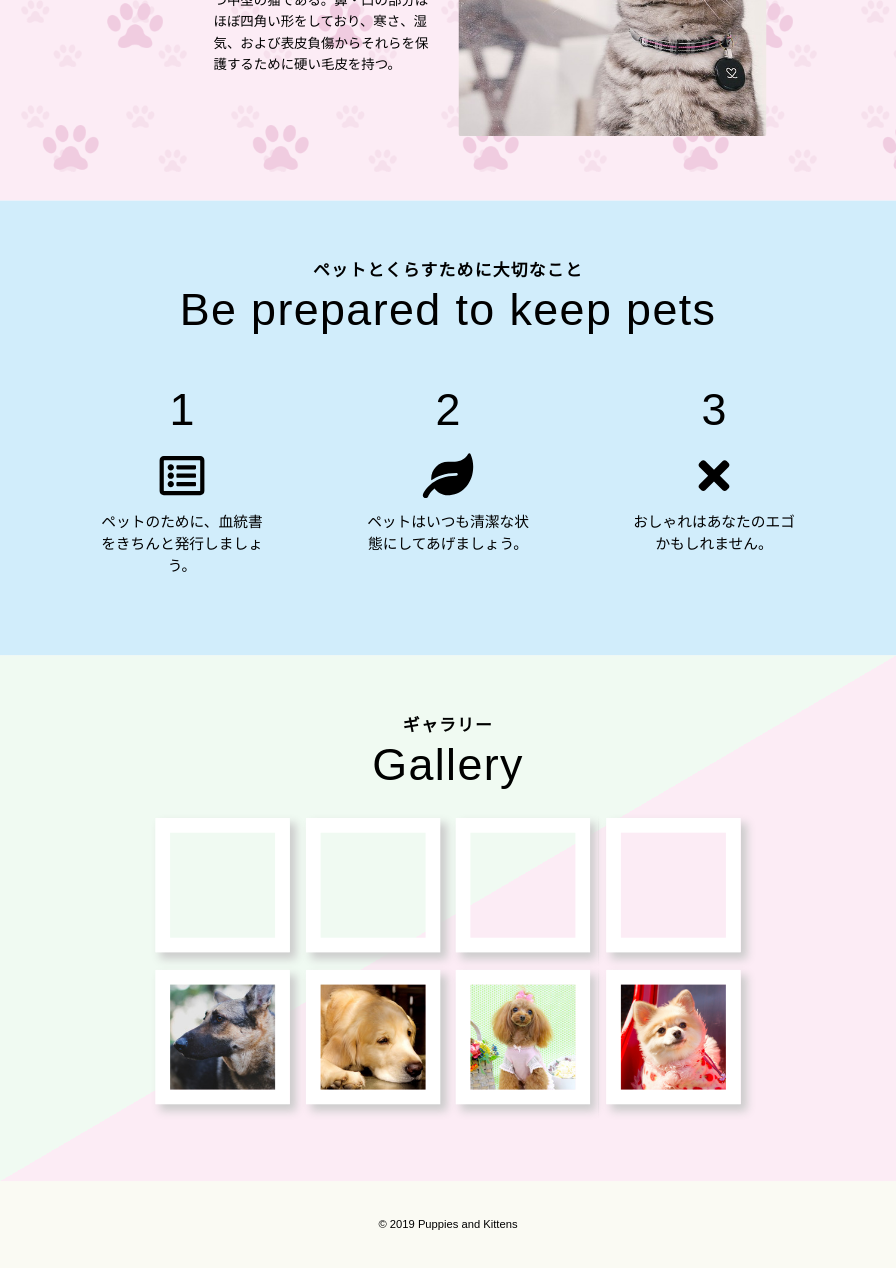
Repository: taekowithrowgit/frontend
Page: environment/api/add-api/rich-site/index.html
The author's editor kept a record of every edit. The page is drawn from the files as they stood at one moment, then again after the next edit.
The browser window is 1280 px wide. The pictures show the part of the page from y = 1962 to 3882 px (the page is 3773 px tall before and 3882 px after), at 70% of full size.
A picture or video elsewhere on the page could not be fetched, so the positions and the page height are approximate. The page's requests for data from a server got no answer. Some web fonts or font styles are not loaded; a fallback is used.

Above is the page before.

### environment/api/add-api/rich-site/index.html
<!DOCTYPE html>
<html lang="ja">

<head>
  <meta charset="utf-8">
  <title>Puppies and Kittens!</title>
  <meta name="viewport" content="width=device-width, initial-scale=1">

  <!-- Webフォント -->
  <link href="https://fonts.googleapis.com/css?family=Droid+Serif" rel="stylesheet">

  <!-- Bootstrap CSS -->
  <link rel="stylesheet" href="https://stackpath.bootstrapcdn.com/bootstrap/4.3.1/css/bootstrap.min.css">

  <!-- その他のライブラリのCSS -->
  <link rel="stylesheet" href="css/vendor/animate.css">
  <link rel="stylesheet" href="css/vendor/magnific-popup.css">

  <link rel="stylesheet" href="css/main.css">

  <noscript>
    <!-- JavaScriptが無効化されている場合の追加スタイルシート -->
    <link rel="stylesheet" href="css/noscript.css">
  </noscript>
</head>

<body data-spy="scroll" data-target="#navbar">
  <div class="top">

    <!-- ナビゲーションバー -->
    <nav class="navbar fixed-top navbar-expand-md navbar-light bg-light">
      <div class="container-fluid">

        <!-- ホームリンク -->
        <a href="#" class="navbar-brand" aria-label="ホーム">
          <i class="fas fa-paw" aria-hidden="true"></i>
        </a>

        <!-- 画面幅が狭い時に表示されるハンバーガーメニュー -->
        <button class="navbar-toggler" type="button" data-toggle="collapse" data-target="#navbar"
          aria-controls="navbar" aria-expanded="false" aria-label="Toggle navigation">
          <span class="navbar-toggler-icon"></span>
        </button>

        <!-- メニュー -->
        <div class="collapse navbar-collapse" id="navbar">
          <ul class="navbar-nav mr-auto">
            <li class="nav-item">
              <a class="nav-link" href="#top">Top</a>
            </li>
            <li class="nav-item">
              <a class="nav-link" href="#puppies">子犬</a>
            </li>
            <li class="nav-item">
              <a class="nav-link" href="#kittens">子猫</a>
            </li>
            <li class="nav-item">
              <a class="nav-link" href="#prepare">大切なこと</a>
            </li>
            <li class="nav-item">
              <a class="nav-link" href="#gallery">ギャラリー</a>
            </li>
          </ul>
        </div>
        <!--/.nav-collapse -->
      </div>
      <!--/.container-fluid -->
    </nav>

    <!-- 背景とビデオ -->
    <div class="top__bg">
      <video autoplay muted loop class="top__video">
        <source src="video/top-video.mp4" type="video/mp4">
      </video>
    </div>

    <div class="top__text-box">
      <h1 class="top__title">Puppies and Kittens!</h1>
      <div class="top__catchphrase">世界の子犬と子猫を大切に育てよう</div>
    </div>
  </div>

  <!-- 子犬の種類 -->
  <section id="puppies" class="puppies">
    <div class="puppies__phrase animated">子犬の種類</div>
    <h2 class="puppies__title animated">Puppies</h2>
    <div class="showcase showcase--leftpic container-fluid tabs animated">
      <div class="row">

        <!-- 拡大写真 -->
        <div class="tabs__content col-md-6 text-center">
          <div class="puppies-1">
            <img class="img-fluid rounded" src="img/puppy1.jpg" width="500" height="500" alt="シェパード">
          </div>
          <div class="puppies-2">
            <img class="img-fluid rounded" src="img/puppy2.jpg" width="500" height="500" alt="レトリバー">
          </div>
          <div class="puppies-3">
            <img class="img-fluid rounded" src="img/puppy3.jpg" width="500" height="500" alt="プードル">
          </div>
          <div class="puppies-4">
            <img class="img-fluid rounded" src="img/puppy4.jpg" width="500" height="500" alt="ポメラニアン">
          </div>
        </div>
        <!--/.tabs__content -->

        <!-- サムネイルと説明文 -->
        <div class="col-md-6 mt-2 mt-md-0">

          <!-- サムネイル -->
          <ul class="showcase__thumbnails tabs__menu">
            <li>
              <a href="#puppies-1">
                <img class="rounded" src="img/thumbnail/puppy1.jpg" width="60" height="60" alt="シェパード">
              </a>
            </li>
            <li>
              <a href="#puppies-2">
                <img class="rounded" src="img/thumbnail/puppy2.jpg" width="60" height="60" alt="レトリバー">
              </a>
            </li>
            <li>
              <a href="#puppies-3">
                <img class="rounded" src="img/thumbnail/puppy3.jpg" width="60" height="60" alt="プードル">
              </a>
            </li>
            <li>
              <a href="#puppies-4">
                <img class="rounded" src="img/thumbnail/puppy4.jpg" width="60" height="60" alt="ポメラニアン">
              </a>
            </li>
          </ul>
          <!--/.showcase__thumbnails -->

          <!-- 説明文 -->
          <div class="tabs__content">
            <section id="puppies-1">
              <div class="showcase__details">
                <h3 class="showcase__kind-name">シェパード</h3>
                <p class="showcase__kind-description">
                  ジャーマン・シェパード・ドッグは、ドイツ原産の犬種。「ドイツの牧羊犬」という意味である。この犬種は知的で忠誠心と服従心に富み、訓練を好む性格から種々な作業犬として訓練され、災害救助犬・軍用犬・警察犬・麻薬探知犬など特殊訓練を必要とする作業犬として活用されている。
                </p>
              </div>
            </section>
            <section id="puppies-2">
              <div class="showcase__details">
                <h3 class="showcase__kind-name">レトリバー</h3>
                <p class="showcase__kind-description">
                  ゴールデン・レトリバーは、イギリス原産の大型犬である。賢さ及び忠誠心を兼ね備え、穏和な性格の犬種であるためペットとして広く愛好されている。
                </p>
              </div>
            </section>
            <section id="puppies-3">
              <div class="showcase__details">
                <h3 class="showcase__kind-name">プードル</h3>
                <p class="showcase__kind-description">
                  プードルは、水中回収犬、鳥獣猟犬や愛玩犬(ペット)として飼育される犬種である。古くからヨーロッパで広くみられ、特にフランスでの人気が高く、「フレンチ・プードル」と呼称されることもある。
                </p>
              </div>
            </section>
            <section id="puppies-4">
              <div class="showcase__details">
                <h3 class="showcase__kind-name">ポメラニアン</h3>
                <p class="showcase__kind-description">
                  ポメラニアンは、犬の品種（犬種）の一つ。祖先犬は、スピッツ系に属する他の犬種と同じく、サモエド（ロシアのシベリアを原産としたトナカイの番やカモシカ狩り、そり引きをする犬）であると言われる。ポメラニアンという名前は、原産地のバルト海南岸の、3つの川に囲まれた低地であるポメラニア地方にちなんでいる。
                </p>
              </div>
            </section>
          </div>
          <!--/.tabs__content -->
        </div>
        <!--/.col-md-6 -->

      </div>
      <!--/.row -->
    </div>
    <!--/.showcase -->
  </section>
  <!--/.puppies -->

  <!-- 子猫の種類 -->
  <section id="kittens" class="kittens">
    <div class="kittens__phrase animated">子猫の種類</div>
    <h2 class="kittens__title animated">Kittens</h2>
    <div class="showcase showcase--rightpic container-fluid tabs animated">
      <div class="row">

        <!-- 拡大写真 -->
        <div class="tabs__content col-md-6 order-md-last text-center">
          <div class="kittens-1">
            <img class="img-fluid rounded" src="img/kitten1.jpg" width="500" height="500" alt="アメリカンショートヘア">
          </div>
          <div class="kittens-2">
            <img class="img-fluid rounded" src="img/kitten2.jpg" width="500" height="500" alt="スコティッシュフォールド">
          </div>
          <div class="kittens-3">
            <img class="img-fluid rounded" src="img/kitten3.jpg" width="500" height="500" alt="ベンガル">
          </div>
          <div class="kittens-4">
            <img class="img-fluid rounded" src="img/kitten4.jpg" width="500" height="500" alt="ロシアンブルー">
          </div>
        </div>
        <!--/.tabs__content -->

        <!-- サムネイルと説明文 -->
        <div class="col-md-6 mt-2 mt-md-0">

          <!-- サムネイル -->
          <ul class="showcase__thumbnails tabs__menu">
            <li>
              <a href="#kittens-1">
                <img class="rounded" src="img/thumbnail/kitten1.jpg" width="60" height="60" alt="アメリカンショートヘア">
              </a>
            </li>
            <li>
              <a href="#kittens-2">
                <img class="rounded" src="img/thumbnail/kitten2.jpg" width="60" height="60" alt="スコティッシュフォールド">
              </a>
            </li>
            <li>
              <a href="#kittens-3">
                <img class="rounded" src="img/thumbnail/kitten3.jpg" width="60" height="60" alt="ベンガル">
              </a>
            </li>
            <li>
              <a href="#kittens-4">
                <img class="rounded" src="img/thumbnail/kitten4.jpg" width="60" height="60" alt="ロシアンブルー">
              </a>
            </li>
          </ul>
          <!--/.showcase__thumbnails -->

          <!-- 説明文 -->
          <div class="tabs__content">
            <section id="kittens-1">
              <div class="showcase__details">
                <h3 class="showcase__kind-name">アメリカンショートヘア</h3>
                <p class="showcase__kind-description">
                  アメリカン・ショートヘアは、猫の品種。17世紀にメイフラワー号でアメリカに上陸したネコの子孫とされる。運動能力の高い、大きな脚を持つ中型の猫である。鼻・口の部分はほぼ四角い形をしており、寒さ、湿気、および表皮負傷からそれらを保護するために硬い毛皮を持つ。
                </p>
              </div>
            </section>
            <section id="kittens-2">
              <div class="showcase__details">
                <h3 class="showcase__kind-name">スコティッシュフォールド</h3>
                <p class="showcase__kind-description">
                  スコティッシュフォールドは、イギリスにその起源を有する猫の一品種。スコットランドで発見された突然変異の猫の個体から発生したこの品種は、折れ曲がったその独特の耳を何よりも際立った特徴としている。
                </p>
              </div>
            </section>
            <section id="kittens-3">
              <div class="showcase__details">
                <h3 class="showcase__kind-name">ベンガル</h3>
                <p class="showcase__kind-description">
                  ベンガルは、ネコの品種のひとつである。野生のヤマネコと短毛種のイエネコを交配して作られた。原産国はアメリカ。短毛種。頭は比較的小さく耳は比較的大きく、丸みのあるくさび型をしている。鼻は幅広。目は少しつり目気味で、丸い形をしている。
                </p>
              </div>
            </section>
            <section id="kittens-4">
              <div class="showcase__details">
                <h3 class="showcase__kind-name">ロシアンブルー</h3>
                <p class="showcase__kind-description">
                  ロシアンブルーは短毛種であり、毛の色はブルー（猫の場合、グレーの被毛を指す）によるソリッド・カラー。また尻尾にゴースト・タビーが見られることもある。アイカラーはグリーン、目の形はラウンド型、体形はフォーリン・タイプである。
                </p>
              </div>
            </section>
          </div>
          <!--/.tabs__content -->
        </div>
        <!--/.mt-md-0 -->

      </div>
      <!--/.row -->
    </div>
    <!--/.showcase -->
  </section>
  <!--/.kittens -->

  <!-- ペットとくらすために大切なこと -->
  <section id="prepare" class="prepare">
    <div class="prepare__phrase animated">ペットとくらすために大切なこと</div>
    <h2 class="prepare__title animated">Be prepared to keep pets</h2>
    <div class="container">
      <div class="row">

        <!-- その1 -->
        <div class="card col-lg-4 bg-transparent border-0 animated">
          <div class="card-body">
            <div class="card__number">1</div>
            <div class="card__icon">
              <i class="far fa-list-alt" aria-hidden="true"></i>
            </div>
            <div class="card__description">
              ペットのために、血統書をきちんと発行しましょう。
            </div>
          </div>
        </div>
        <!--/.card -->

        <!-- その2 -->
        <div class="card col-lg-4 bg-transparent border-0 animated">
          <div class="card-body">
            <div class="card__number">2</div>
            <div class="card__icon">
              <i class="fas fa-leaf" aria-hidden="true"></i>
            </div>
            <div class="card__description">
              ペットはいつも清潔な状態にしてあげましょう。
            </div>
          </div>
        </div>
        <!--/.card -->

        <!-- その3 -->
        <div class="card col-lg-4 bg-transparent border-0 animated">
          <div class="card-body">
            <div class="card__number">3</div>
            <div class="card__icon">
              <i class="fas fa-times" aria-hidden="true"></i>
            </div>
            <div class="card__description">
              おしゃれはあなたのエゴかもしれません。
            </div>
          </div>
        </div>
        <!--/.card -->
      </div>
      <!--/.row -->
    </div>
    <!--/.container -->
  </section>
  <!--/.prepare -->

  <!-- ギャラリー -->
  <section id="gallery" class="gallery">
    <div class="gallery__phrase animated">ギャラリー</div>
    <h2 class="gallery__title animated">Gallery</h2>
    <div class="image-gallery animated">
      <div class="image-gallery__item">
        <!--<a class="d-inline-block" href="img/kitten1.jpg">-->
        <!--  <img class="img-fluid" src="img/gallery-thumbnail/kitten1.jpg" width="150" height="150" alt="アメリカンショートヘア">-->
        <!--</a>-->
      </div>
      <div class="image-gallery__item">
        <!--<a class="d-inline-block" href="img/kitten2.jpg">-->
        <!--  <img class="img-fluid" src="img/gallery-thumbnail/kitten2.jpg" width="150" height="150" alt="スコティッシュフォールド">-->
        <!--</a>-->
      </div>
      <div class="image-gallery__item">
        <!--<a class="d-inline-block" href="img/kitten3.jpg">-->
        <!--  <img class="img-fluid" src="img/gallery-thumbnail/kitten3.jpg" width="150" height="150" alt="ベンガル">-->
        <!--</a>-->
      </div>
      <div class="image-gallery__item">
        <!--<a class="d-inline-block" href="img/kitten4.jpg">-->
        <!--  <img class="img-fluid" src="img/gallery-thumbnail/kitten4.jpg" width="150" height="150" alt="ロシアンブルー">-->
        <!--</a>-->
      </div>
      <div class="image-gallery__item">
        <a class="d-inline-block" href="img/puppy1.jpg">
          <img class="img-fluid" src="img/gallery-thumbnail/puppy1.jpg" width="150" height="150" alt="シェパード">
        </a>
      </div>
      <div class="image-gallery__item">
        <a class="d-inline-block" href="img/puppy2.jpg">
          <img class="img-fluid" src="img/gallery-thumbnail/puppy2.jpg" width="150" height="150" alt="レトリバー">
        </a>
      </div>
      <div class="image-gallery__item">
        <a class="d-inline-block" href="img/puppy3.jpg">
          <img class="img-fluid" src="img/gallery-thumbnail/puppy3.jpg" width="150" height="150" alt="プードル">
        </a>
      </div>
      <div class="image-gallery__item">
        <a class="d-inline-block" href="img/puppy4.jpg">
          <img class="img-fluid" src="img/gallery-thumbnail/puppy4.jpg" width="150" height="150" alt="ポメラニアン">
        </a>
      </div>
    </div>
    <!--/.image-gallery -->
  </section>
  <!--/.gallery -->

  <!-- フッター -->
  <footer>
    &copy; 2019 Puppies and Kittens
  </footer>

  <!-- まずjQuery -->
  <script src="https://code.jquery.com/jquery-3.4.1.min.js"></script>

  <!-- Popper.js, 次に Bootstrap JS -->
  <script src="https://cdnjs.cloudflare.com/ajax/libs/popper.js/1.14.7/umd/popper.min.js"></script>
  <script src="https://stackpath.bootstrapcdn.com/bootstrap/4.3.1/js/bootstrap.min.js"></script>

  <!-- その他のライブラリのJavaScript -->
  <script src="js/vendor/jquery.waypoints.min.js"></script>
  <script src="js/vendor/jquery.magnific-popup.min.js"></script>
  <script src="js/vendor/mobile-detect.min.js"></script>

  <script src="js/main.js"></script>

  <!-- Font Awesome -->
  <script defer src="https://use.fontawesome.com/releases/v5.7.2/js/all.js"></script>
</body>

</html>

### environment/api/add-api/rich-site/css/main.css
@charset "UTF-8";

body {
  color: #000;
  background-color: #fff;
  font-family: "Droid Serif", YuGothic, "游ゴシック", sans-serif;
}

.gallery-popup__caption {
  width: 500px;
  margin-left: auto;
  margin-right: auto;
  padding: 0 5px;
  background-color: #fff;
}

.animated {
  /* アニメーションで表示させるため最初は非表示 */
  opacity: 0;
}

.showcase {
  /* 左右中央に置く */
  margin: 0 auto;

  width: 88%;
  max-width: 940px;
}

.showcase__details {
  /* 左右中央に置く */
  margin: 0 auto;

  width: 100%;
  max-width: 460px;
}

.showcase__kind-name {
  font-size: 1.5rem;
  font-weight: 700;
}

.showcase__kind-description {
  font-size: 1.2rem;
  line-height: 1.6;
}

.card {
  text-align: center;
  margin-bottom: 3em;
}

.card__number,
.card__icon {
  font-size: 2.5rem;
}

.card__description {
  /* 左右中央に置く */
  margin: 0 auto;

  font-size: 1.3125rem;
  width: 80%;
}

.image-gallery {
  /* 左右中央に置く */
  margin: 0 auto;
  text-align: center;

  width: 90%;
  max-width: 1024px;
}

.image-gallery__item {
  /* 横に並ぶようにする */
  display: inline-block;

  /* width, heightがborderを含んだサイズになるようにする */
  box-sizing: border-box;

  width: 120px;
  height: 120px;

  /* 白い枠をつける */
  border: 8px solid #fff;

  /* 影をつける */
  box-shadow: 4px 4px 6px 1px #ccc;

  margin-left: 9px;
  margin-right: 9px;
  margin-bottom: 18px;

  /* 0.1秒かけて値を変化させるエフェクト */
  -webkit-transition: -webkit-transform 0.1s;
  transition: -webkit-transform 0.1s;
  transition: transform 0.1s;
  transition: transform 0.1s, -webkit-transform 0.1s;
}

.image-gallery__item:hover {
  /* 1.1倍に拡大 */
  -webkit-transform: scale(1.1);
  transform: scale(1.1);
}

.top {
  /* 子要素でposition:absoluteを使うため必要 */
  position: relative;
}

.top,
.top__bg {
  /* 画面いっぱいに広げる */
  width: 100%;
  height: 100vh;
  overflow: hidden;
}

.top__title {
  margin-bottom: 10px;
  font-size: 4rem;
  line-height: 77px;
  letter-spacing: 4px;
}

.top__catchphrase {
  font-size: 0.9rem;
}

.top__bg {
  /* .topと同じ左上位置に置く */
  position: absolute;
  left: 0;
  top: 0;

  /* 背景画像を画面いっぱいに置く */
  background-color: #fff;
  background-image: none;
  background-size: cover;
  background-position: center;
}

.top__video {
  /* モバイル（デフォルト）では非表示 */
  display: none;

  /* 動画を画面いっぱいに表示 */
  position: absolute;
  top: 50%;
  left: 50%;
  min-height: 100%;
  min-width: 100%;
  -webkit-transform: translate(-50%, -50%);
  transform: translate(-50%, -50%);
}

.top__text-box {
  /* 上下中央に置く */
  position: relative;
  top: 50%;
  left: 0;
  -webkit-transform: translateY(-50%);
  transform: translateY(-50%);
  text-align: center;
  width: 100%;

  font-weight: 100;
}

.puppies {
  padding-top: 82px;
  padding-bottom: 92px;

  /* 上から重ねる順に指定 */
  background: url(../img/puppies-bg-large.png), url(../img/puppies-bg-small.png),
    #f0faf2;
}

.puppies__phrase,
.kittens__phrase,
.prepare__phrase,
.gallery__phrase {
  text-align: center;
  font-size: 1rem;
  font-weight: 700;
  letter-spacing: 1.79px;
}

.puppies__title,
.kittens__title,
.prepare__title,
.gallery__title {
  margin-bottom: 37px;
  text-align: center;
  font-size: 2.4rem;
  letter-spacing: 2px;
}

.kittens {
  padding-top: 82px;
  padding-bottom: 92px;

  /* 上から重ねる順に背景を指定 */
  background: url(../img/kittens-bg-large.png), url(../img/kittens-bg-small.png),
    #fcecf5;
}

.prepare {
  padding-top: 82px;
  padding-bottom: 44px;
  background-color: #d1edfb;
}

.gallery {
  padding-top: 82px;
  padding-bottom: 92px;
  background-color: #faf7f0;
  background-image: -webkit-linear-gradient(
    top left,
    #f0faf2,
    #f0faf2 50%,
    #fcecf5 50%,
    #fcecf5
  );
  background-image: linear-gradient(
    to bottom right,
    #f0faf2,
    #f0faf2 50%,
    #fcecf5 50%,
    #fcecf5
  );
}

footer {
  padding: 50px 0;
  background-color: #fafaf3;
  text-align: center;
}

/*
 * -------------------------------
 * 子犬、子猫の種類で使うタブ - ここから
 * -------------------------------
 */
/* ulのデフォルトスタイルを消去 */
.tabs__menu {
  margin: 0;
  padding: 0;
  list-style-type: none;
  text-align: center;
}

/* タブの基本スタイル */
.tabs__menu li {
  display: inline-block;
  margin-bottom: 12px;
  opacity: 0.5;

  /* 各プロパティをふわっと変える演出 */
  -webkit-transition: all 0.15s;
  transition: all 0.15s;
}
.tabs__menu a {
  display: block;
  color: #557f95;
  text-decoration: none;
}

/* 非選択のタブにマウスを乗せたら色を変える */
.tabs__menu li:not(.active):hover {
  opacity: 0.7;
}

/* 選択中のタブ */
.tabs__menu .active {
  opacity: 1;
}
.tabs__menu .active a {
  color: #3f4548;
}

/* 各タブのコンテンツはデフォルトで非表示 */
.tabs__content section {
  display: none;
}

.tabs__content section.active {
  display: block;
}
/*
 * -------------------------------
 * 子犬、子猫の種類で使うタブ - ここまで
 * -------------------------------
 */

/*
 * -------------------------------
 * Magnific Popupのフェードイン・フェードアウト - ここから
 * -------------------------------
 */
/* オーバーレイする背景 初期状態 */
.mfp-fade.mfp-bg {
  opacity: 0;

  -webkit-transition: all 0.3s ease-out;
  -moz-transition: all 0.3s ease-out;
  transition: all 0.3s ease-out;
}
/* オーバーレイする背景 開始時アニメーション */
.mfp-fade.mfp-bg.mfp-ready {
  opacity: 0.8;
}
/* オーバーレイする背景 終了時アニメーション */
.mfp-fade.mfp-bg.mfp-removing {
  opacity: 0;
}

/* コンテンツ 初期状態 */
.mfp-fade.mfp-wrap .mfp-content {
  opacity: 0;

  -webkit-transition: all 0.3s ease-out;
  -moz-transition: all 0.3s ease-out;
  transition: all 0.3s ease-out;
}
/* コンテンツ 開始時アニメーション */
.mfp-fade.mfp-wrap.mfp-ready .mfp-content {
  opacity: 1;
}
/* コンテンツ 終了時アニメーション */
.mfp-fade.mfp-wrap.mfp-removing .mfp-content {
  opacity: 0;
}
/*
 * -------------------------------
 * Magnific Popupのフェードイン・フェードアウト - ここまで
 * -------------------------------
 */

/* Bootstrapのmd以上の表示幅で適用されるスタイル */
@media (min-width: 768px) {
  .top__catchphrase {
    font-size: 1.125rem;
  }

  .puppies__title,
  .kittens__title,
  .prepare__title,
  .gallery__title {
    font-size: 4rem;
  }

  .puppies__phrase,
  .kittens__phrase,
  .prepare__phrase,
  .gallery__phrase {
    font-size: 1.5rem;
  }

  .image-gallery__item {
    width: 192px;
    height: 192px;
    border: 21px solid #fff;
    box-shadow: 8px 8px 12px 1px #ccc;
  }

  .card__number,
  .card__icon {
    font-size: 4rem;
  }

  .showcase--leftpic .showcase__thumbnails {
    text-align: left;
  }
  .showcase--rightpic .showcase__thumbnails {
    text-align: right;
  }

  .showcase--rightpic .showcase__kind-name {
    text-align: right;
  }

  .showcase__details {
    max-width: 320px;
  }
  .showcase--leftpic .showcase__details {
    margin: 0 auto 0 0;
  }
  .showcase--rightpic .showcase__details {
    margin: 0 0 0 auto;
  }
}

/* 印刷用スタイル */
@media print {
  .animated {
    /* すべて表示 */
    opacity: 1;
  }
}

Loaded but not shown: environment/api/add-api/rich-site/css/vendor/animate.css (library); environment/api/add-api/rich-site/css/vendor/magnific-popup.css (library); environment/api/add-api/rich-site/js/vendor/jquery.waypoints.min.js (library); environment/api/add-api/rich-site/js/vendor/jquery.magnific-popup.min.js (library); environment/api/add-api/rich-site/js/vendor/mobile-detect.min.js (library); environment/api/add-api/rich-site/js/main.js (310 lines, source omitted)

After the next edit:
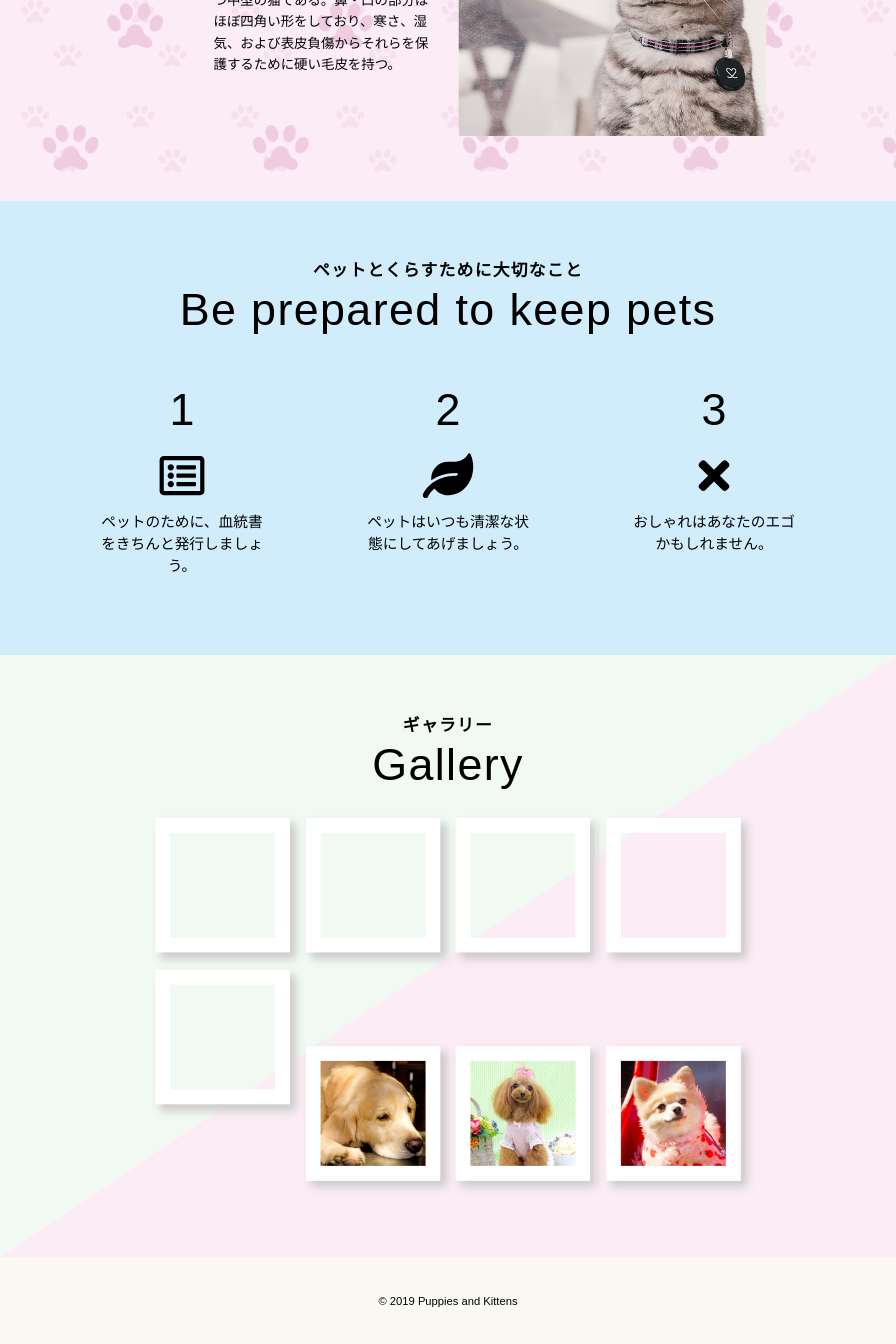
The edit:
--- a/environment/api/add-api/rich-site/index.html
+++ b/environment/api/add-api/rich-site/index.html
@@ -357,9 +357,9 @@
         <!--</a>-->
       </div>
       <div class="image-gallery__item">
-        <a class="d-inline-block" href="img/puppy1.jpg">
-          <img class="img-fluid" src="img/gallery-thumbnail/puppy1.jpg" width="150" height="150" alt="シェパード">
-        </a>
+        <!--<a class="d-inline-block" href="img/puppy1.jpg">-->
+        <!--  <img class="img-fluid" src="img/gallery-thumbnail/puppy1.jpg" width="150" height="150" alt="シェパード">-->
+        <!--</a>-->
       </div>
       <div class="image-gallery__item">
         <a class="d-inline-block" href="img/puppy2.jpg">
